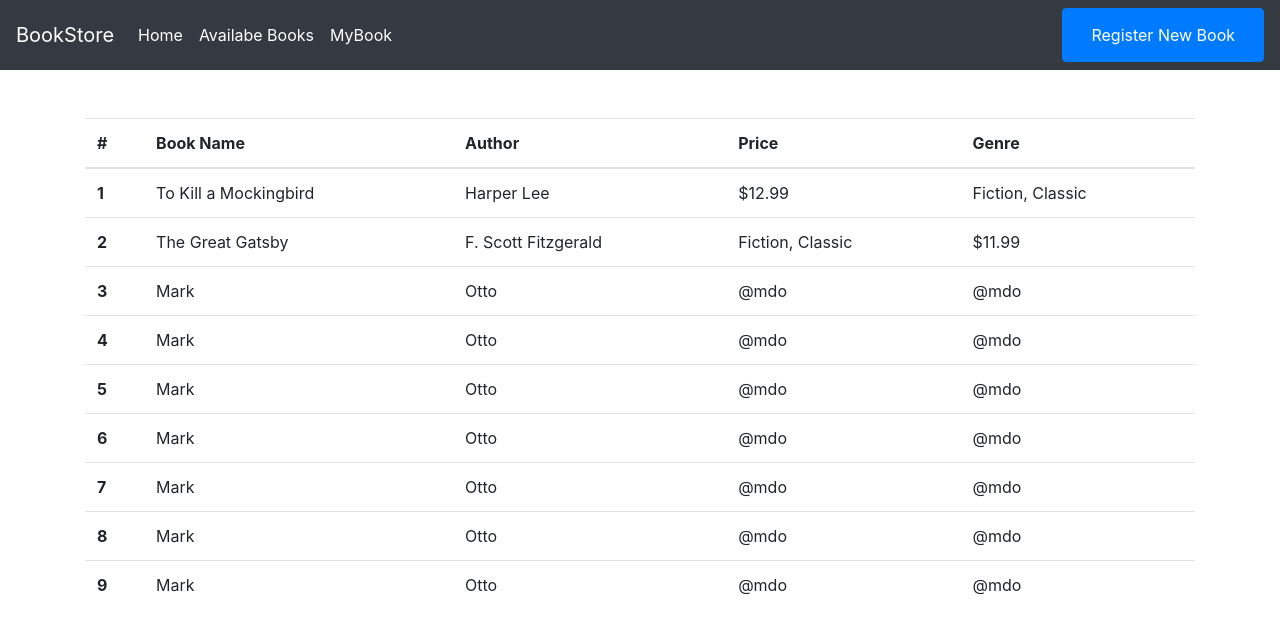
Repository: Sumanta-Sahoo/BookStoreApp
Page: bookstore/src/main/resources/static/availabeBooks.html
The author's editor kept a copy of each file at every save. The page is drawn from the files as they stood at one save, then again after the next save.
The browser window is 1280 px wide. The pictures show the whole page.

Above is the page before, as saved 2024-03-15 12:40:34.

After the next save:
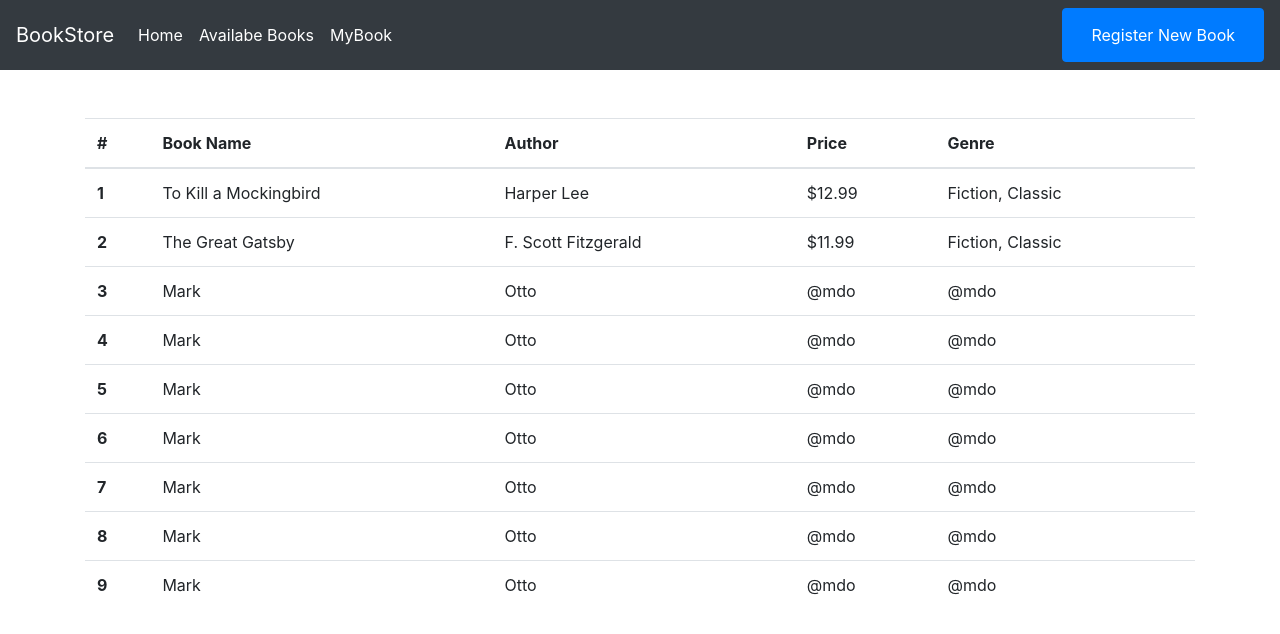
Saved 21 s later.
--- a/bookstore/src/main/resources/static/availabeBooks.html
+++ b/bookstore/src/main/resources/static/availabeBooks.html
@@ -65,8 +65,8 @@
 					<th scope="row">2</th>
 					<td>The Great Gatsby</td>
 					<td>F. Scott Fitzgerald</td>
+					<td>$11.99</td>
 					<td> Fiction, Classic</td>
-					<td>$11.99</td>
 				</tr>
 				<tr>
 					<th scope="row">3</th>
